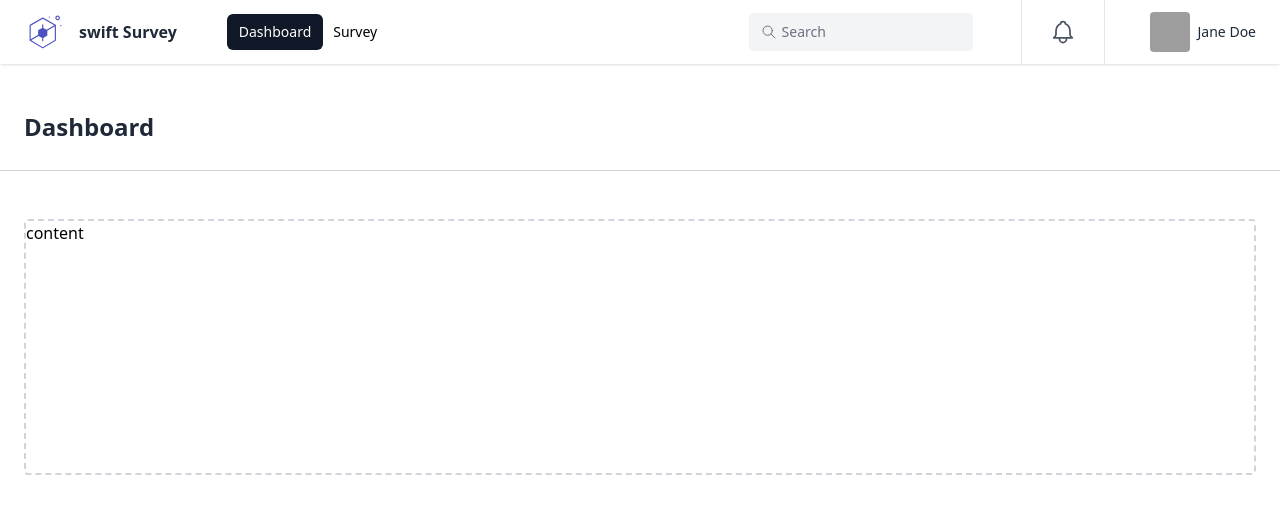
Repository: thomsontochi/swiftSurvey
Page: /dashboard (app in vue/)
The author's editor kept a copy of each file at every save. The page is drawn from the files as they stood at one save, then again after the next save.
The browser window is 1280 px wide. The pictures show the whole page.
Pictures or frames that could not be fetched are drawn as grey boxes. The project was rebuilt for these pictures with package versions that can differ from the ones it lists, and the page was loaded fresh each time. Also part of the build but not shown: vue/vite.config.js, vue/src/views/Login.vue, vue/src/views/Register.vue, vue/src/views/Surveys.vue, vue/src/components/AuthLayout.vue, vue/src/components/Pages/Welcome.vue.

Above is the page before, as saved 2022-07-17 18:15:20.

### vue/index.html
<!DOCTYPE html>
<html lang="en">

<head>
    <meta charset="UTF-8" />
    <link rel="icon" href="/favicon.ico" />
    <meta name="viewport" content="width=device-width, initial-scale=1.0" />
    <title>swift Survey</title>
</head>

<body>
    <div id="app"></div>
    <script type="module" src="/src/main.js"></script>
</body>

</html>

### vue/src/main.js
import { createApp } from 'vue'
import App from './App.vue'
import store from './store'
import './index.css'
import router from './router'

createApp(App)
    .use(router)
    .use(store)
    .mount('#app')

### vue/src/App.vue
<script setup>

</script>

<template>

  <router-view></router-view>

</template>

### vue/src/store/index.js
import { createStore } from "vuex";

const store = createStore ({

    state: {
        user: {
            data: {},
            token: 123,
          }
    },
    getters:{},
    actions:{},
    mutations:{},
    modules:{}
})

export default store;

### vue/src/index.css
@tailwind base;
@tailwind components;
@tailwind utilities;
a.router-link-active.router-link-exact-active {
    margin: 10px;
    background-color: rgb(17 24 39 / var(--tw-bg-opacity));
    color: rgb(255 255 255 / var(--tw-text-opacity));
    --tw-text-opacity: 1;
    font-weight: 500;
    font-size: 0.875rem;
    line-height: 1.25rem;
    padding-top: 0.5rem;
    padding-right: 0.75rem;
    padding-bottom: 0.5rem;
    padding-left: 0.75rem;
    border-radius: 0.375rem;
}

### vue/src/router/index.js
import { createRouter, createWebHistory } from "vue-router";
import Login from '../views/Login.vue'
import Register from '../views/Register.vue'
import Dashboard from "../views/Dashboard.vue"
import DefaultLayout from "../components/DefaultLayout.vue"
import Surveys from "../views/Surveys.vue"
import AuthLayout from "../components/AuthLayout.vue"
import Welcome from "../components/Pages/Welcome.vue"
import store from "../store"




const routes = [
    {
      path: "/",
      name: Welcome,
      component: Welcome
    },
    {
        path: "/dashboard",
        redirect: "/dashboard",
        component: DefaultLayout,
        meta: {requiresAuth: true},
        children: [
          { path: "/dashboard", name: "Dashboard", component: Dashboard },
          { path: "/survey", name: "Surveys", component: Surveys },
        ],
    },
    {
        path:"/auth",
        redirect: "/login",
        name:"Auth",
        component: AuthLayout,
        meta: {isGuest: true},
        children: [

            {
                path: '/login',
                name: 'Login',
                component: Login
            },
            {
                path: '/register',
                name: 'Register',
                component: Register
            }

        ]

    },


];

const router = createRouter ({
    history: createWebHistory(),
    routes
})

router.beforeEach((to, from, next) => {
    if (to.meta.requiresAuth && !store.state.user.token) {
      next({ name: "Login" });
    } else if (store.state.user.token && to.meta.isGuest) {
      next({ name: "Dashboard" });
    } else {
      next();
    }
  });

export default router;

### vue/src/views/Dashboard.vue
<template>

     <!-- Page title starts -->

        <div class="  my-6 lg:my-12 container px-6 mx-auto flex flex-col lg:flex-row items-start lg:items-center justify-between pb-4 border-b border-gray-300">
            <div>
                <h4 class="text-2xl font-bold leading-tight text-gray-800">Dashboard</h4>

                <ul class="flex flex-col md:flex-row items-start md:items-center text-gray-600 text-sm mt-3"> </ul>
            </div>
            <!-- <div class="mt-6 lg:mt-0">
                <button class="mx-2 my-2 bg-white transition duration-150 ease-in-out focus:outline-none hover:bg-gray-100 rounded text-indigo-700 px-6 py-2 text-sm">Back</button>
                <button class="transition duration-150 ease-in-out hover:bg-indigo-600 focus:outline-none border bg-indigo-700 rounded text-white px-8 py-2 text-sm">Edit Profile</button>
            </div> -->
        </div>
        <!-- Page title ends -->


        <div class="container mx-auto px-6">
            <!-- Remove class [ h-64 ] when adding a card block -->
            <!-- Remove class [ border-dashed border-2 border-gray-300 ] to remove dotted border -->
            <div class="w-full h-64 rounded border-dashed border-2 border-gray-300">
                <!-- Place your content here -->
                <h1>content</h1>
            </div>
        </div>


</template>

<!-- <script>
export default {
    name: "LightWithGreyBackground",
    data() {
        return {
            xmlns: "http://www.w3.org/2000/svg",
            xlink: "http://www.w3.org/1999/xlink",
            profilePhoto: "https://tuk-cdn.s3.amazonaws.com/assets/components/boxed_layout/bl_1.png",
        };
    },
    methods: {
        dropdownHandler(event) {
            let single = event.currentTarget.getElementsByTagName("ul")[0];
            single.classList.toggle("hidden");
        },
        MenuHandler(el, val) {
            let MainList = el.currentTarget.parentElement.getElementsByTagName("ul")[0];
            let closeIcon = el.currentTarget.parentElement.getElementsByClassName("close-m-menu")[0];
            let showIcon = el.currentTarget.parentElement.getElementsByClassName("show-m-menu")[0];
            if (val) {
                MainList.classList.remove("hidden");
                el.currentTarget.classList.add("hidden");
                closeIcon.classList.remove("hidden");
            } else {
                showIcon.classList.remove("hidden");
                MainList.classList.add("hidden");
                el.currentTarget.classList.add("hidden");
            }
        },
    },
};
</script> -->

### vue/src/components/DefaultLayout.vue
<template>
    <div class="">
        <!-- Navigation starts -->
        <nav class="w-full mx-auto bg-white shadow">
            <div class="container px-6 justify-between h-16 flex items-center lg:items-stretch mx-auto">
                <div class="h-full flex items-center">
                    <div class="mr-10 flex items-center">
                        <svg aria-label="Home" id="logo" enable-background="new 0 0 300 300" height="44" viewBox="0 0 300 300" width="43" v-bind:xmlns="xmlns" :xmlns:xlink="xlink">
                            <g>
                                <path
                                    fill="#4c51bf"
                                    d="m234.735 35.532c-8.822 0-16 7.178-16 16s7.178 16 16 16 16-7.178 16-16-7.178-16-16-16zm0 24c-4.412 0-8-3.588-8-8s3.588-8 8-8 8 3.588 8 8-3.588 8-8 8zm-62.529-14c0-2.502 2.028-4.53 4.53-4.53s4.53 2.028 4.53 4.53c0 2.501-2.028 4.529-4.53 4.529s-4.53-2.027-4.53-4.529zm89.059 60c0 2.501-2.028 4.529-4.53 4.529s-4.53-2.028-4.53-4.529c0-2.502 2.028-4.53 4.53-4.53s4.53 2.029 4.53 4.53zm-40.522-5.459-88-51.064c-1.242-.723-2.773-.723-4.016 0l-88 51.064c-1.232.715-1.992 2.033-1.992 3.459v104c0 1.404.736 2.705 1.938 3.428l88 52.936c.635.381 1.35.572 2.062.572s1.428-.191 2.062-.572l88-52.936c1.201-.723 1.938-2.023 1.938-3.428v-104c0-1.426-.76-2.744-1.992-3.459zm-90.008-42.98 80.085 46.47-52.95 31.289-23.135-13.607v-21.713c0-2.209-1.791-4-4-4s-4 1.791-4 4v21.713l-26.027 15.309c-1.223.719-1.973 2.029-1.973 3.447v29.795l-52 30.727v-94.688zm0 198.707-80.189-48.237 51.467-30.412 24.723 14.539v19.842c0 2.209 1.791 4 4 4s4-1.791 4-4v-19.842l26.027-15.307c1.223-.719 1.973-2.029 1.973-3.447v-31.667l52-30.728v94.729z"
                                />
                            </g>
                        </svg>
                        <router-link :to="{path: '/' }" class="text-base text-gray-800 font-bold tracking-normal leading-tight ml-3 hidden lg:block">swift Survey</router-link>
                    </div>

                    <ul class="pr-12 xl:flex items-center h-full hidden">
                        <li class="hover:text-indigo-700 cursor-pointer h-full flex items-center text-sm  tracking-normal">
                         <router-link :to="{path: '/dashboard'}" > Dashboard </router-link>
                        </li>

                         <li class="hover:text-indigo-700 cursor-pointer h-full flex items-center text-sm  tracking-normal">
                         <router-link :to="{path: '/survey'}"> Survey </router-link>
                        </li>
                        <!-- <li class="hover:text-indigo-700 cursor-pointer h-full flex items-center text-sm text-gry-800 mx-10 tracking-normal">
                         <router-link
                            v-for="item in navigation"
                            :key="item.name"
                            :to="item.to"
                            active-class="bg-gray-900 text-white"
                            :class="[ this.$route.name === item.to.name ? '' : ' hover:bg-gray-700 hover:text-white', 'px-3 py-2 rounded-md text-sm font-medium']">
                            {{item.name}}
                        </router-link>
                        </li> -->

                    </ul>
                </div>

                <div class="h-full xl:flex items-center justify-end hidden">
                    <div class="w-full h-full flex items-center">
                        <div class="w-full pr-12 h-full flex items-center border-r">
                            <div class="relative w-full">
                                <div class="text-gray-500 absolute ml-3 inset-0 m-auto w-4 h-4">
                                    <svg v-bind:xmlns="xmlns" class="icon icon-tabler icon-tabler-search" width="16" height="16" viewBox="0 0 24 24" stroke-width="1.5" stroke="currentColor" fill="none" stroke-linecap="round" stroke-linejoin="round">
                                        <path stroke="none" d="M0 0h24v24H0z" />
                                        <circle cx="10" cy="10" r="7" />
                                        <line x1="21" y1="21" x2="15" y2="15" />
                                    </svg>
                                </div>
                                <input class="border border-gray-100 focus:outline-none focus:border-indigo-700 w-56 rounded text-sm text-gray-500 bg-gray-100 pl-8 py-2" type="text" placeholder="Search" />
                            </div>
                        </div>
                        <div class="w-full h-full flex">
                            <div class="w-32 h-full flex items-center justify-center border-r cursor-pointer text-gray-600">
                                <svg v-bind:xmlns="xmlns" class="icon icon-tabler icon-tabler-bell" width="28" height="28" viewBox="0 0 24 24" stroke-width="1.5" stroke="currentColor" fill="none" stroke-linecap="round" stroke-linejoin="round">
                                    <path stroke="none" d="M0 0h24v24H0z" />
                                    <path d="M10 5a2 2 0 0 1 4 0a7 7 0 0 1 4 6v3a4 4 0 0 0 2 3h-16a4 4 0 0 0 2 -3v-3a7 7 0 0 1 4 -6" />
                                    <path d="M9 17v1a3 3 0 0 0 6 0v-1" />
                                </svg>
                            </div>
                            <div aria-haspopup="true" class="cursor-pointer w-full flex items-center justify-end relative" @click="dropdownHandler($event)">
                                <ul class="p-2 w-40 border-r bg-white absolute rounded z-40 left-0 shadow mt-64 hidden">
                                    <li class="cursor-pointer text-gray-600 text-sm leading-3 tracking-normal py-2 hover:text-indigo-700 focus:text-indigo-700 focus:outline-none">
                                        <div class="flex items-center">
                                            <svg v-bind:xmlns="xmlns" class="icon icon-tabler icon-tabler-user" width="20" height="20" viewBox="0 0 24 24" stroke-width="1.5" stroke="currentColor" fill="none" stroke-linecap="round" stroke-linejoin="round">
                                                <path stroke="none" d="M0 0h24v24H0z" />
                                                <circle cx="12" cy="7" r="4" />
                                                <path d="M6 21v-2a4 4 0 0 1 4 -4h4a4 4 0 0 1 4 4v2" />
                                            </svg>
                                            <span class="ml-2"> My Profile </span>
                                        </div>
                                    </li>
                                    <li class="cursor-pointer text-gray-600 text-sm leading-3 tracking-normal mt-2 py-2 hover:text-indigo-700 focus:text-indigo-700 focus:outline-none flex items-center">
                                        <svg v-bind:xmlns="xmlns" class="icon icon-tabler icon-tabler-help" width="20" height="20" viewBox="0 0 24 24" stroke-width="1.5" stroke="currentColor" fill="none" stroke-linecap="round" stroke-linejoin="round">
                                            <path stroke="none" d="M0 0h24v24H0z" />
                                            <circle cx="12" cy="12" r="9" />
                                            <line x1="12" y1="17" x2="12" y2="17.01" />
                                            <path d="M12 13.5a1.5 1.5 0 0 1 1 -1.5a2.6 2.6 0 1 0 -3 -4" />
                                        </svg>
                                        <span class="ml-2">Help Center</span>
                                    </li>
                                    <li class="cursor-pointer text-gray-600 text-sm leading-3 tracking-normal mt-2 py-2 hover:text-indigo-700 flex items-center focus:text-indigo-700 focus:outline-none">
                                        <svg v-bind:xmlns="xmlns" class="icon icon-tabler icon-tabler-settings" width="20" height="20" viewBox="0 0 24 24" stroke-width="1.5" stroke="currentColor" fill="none" stroke-linecap="round" stroke-linejoin="round">
                                            <path stroke="none" d="M0 0h24v24H0z" />
                                            <path d="M10.325 4.317c.426-1.756 2.924-1.756 3.35 0a1.724 1.724 0 0 0 2.573 1.066c1.543-.94 3.31.826 2.37 2.37a1.724 1.724 0 0 0 1.065 2.572c1.756.426 1.756 2.924 0 3.35a1.724 1.724 0 0 0 -1.066 2.573c.94 1.543-.826 3.31-2.37 2.37a1.724 1.724 0 0 0 -2.572 1.065c-.426 1.756-2.924 1.756-3.35 0a1.724 1.724 0 0 0 -2.573 -1.066c-1.543.94-3.31-.826-2.37-2.37a1.724 1.724 0 0 0 -1.065 -2.572c-1.756-.426-1.756-2.924 0-3.35a1.724 1.724 0 0 0 1.066 -2.573c-.94-1.543.826-3.31 2.37-2.37.996.608 2.296.07 2.572-1.065z" />
                                            <circle cx="12" cy="12" r="3" />
                                        </svg>
                                        <span class="ml-2">Account Settings</span>
                                    </li>
                                </ul>
                                <img class="rounded h-10 w-10 object-cover" v-bind:src="profilePhoto" alt="logo" />
                                <p class="text-gray-800 text-sm ml-2">Jane Doe</p>
                            </div>
                        </div>
                    </div>
                </div>

                <div class="visible xl:hidden flex items-center">
                    <ul class="z-40 p-2 border-r bg-white absolute rounded top-0 left-0 right-0 shadow mt-16 md:mt-16 hidden">
                        <li class="flex xl:hidden cursor-pointer text-gray-600 text-base leading-3 tracking-normal mt-2 py-3 hover:text-indigo-700 focus:text-indigo-700 focus:outline-none">
                            <div class="flex items-center">
                                <span class="leading-6 ml-2 font-bold"> Dashboard </span>
                            </div>
                        </li>
                        <li class="xl:hidden flex-col cursor-pointer text-gray-600 text-base leading-3 tracking-normal py-3 hover:text-indigo-700 focus:text-indigo-700 focus:outline-none flex justify-center" @click="dropdownHandler($event)">
                            <div class="flex items-center">
                                <span class="leading-6 ml-2 font-bold"> Products </span>
                            </div>
                            <ul class="ml-2 mt-3 hidden">
                                <li class="cursor-pointer text-gray-600 text-sm leading-3 tracking-normal py-3 hover:bg-indigo-700 hover:text-white px-3 font-normal">Landing Pages</li>
                                <li class="cursor-pointer text-gray-600 text-sm leading-3 tracking-normal py-3 hover:bg-indigo-700 hover:text-white px-3 font-normal">Templates</li>
                                <li class="cursor-pointer text-gray-600 text-sm leading-3 tracking-normal py-3 hover:bg-indigo-700 hover:text-white px-3 font-normal">Components</li>
                            </ul>
                        </li>
                        <li class="xl:hidden cursor-pointer text-gray-600 text-base leading-3 tracking-normal py-3 hover:text-indigo-700 flex items-center focus:text-indigo-700 focus:outline-none">
                            <span class="leading-6 ml-2 font-bold">Performance</span>
                        </li>
                        <li class="xl:hidden flex-col cursor-pointer text-gray-600 text-base leading-3 tracking-normal mb-2 py-3 hover:text-indigo-700 focus:text-indigo-700 focus:outline-none flex justify-center" @click="dropdownHandler($event)">
                            <div class="flex items-center">
                                <span class="leading-6 ml-2 font-bold"> Deliverables </span>
                            </div>
                            <ul class="ml-2 mt-3 hidden">
                                <li class="cursor-pointer text-gray-600 text-sm leading-3 tracking-normal py-3 hover:bg-indigo-700 hover:text-white px-3 font-normal">Landing Pages</li>
                                <li class="cursor-pointer text-gray-600 text-sm leading-3 tracking-normal py-3 hover:bg-indigo-700 hover:text-white px-3 font-normal">Templates</li>
                                <li class="cursor-pointer text-gray-600 text-sm leading-3 tracking-normal py-3 hover:bg-indigo-700 hover:text-white px-3 font-normal">Components</li>
                            </ul>
                        </li>
                        <li>
                            <hr class="border-b border-gray-300 w-full" />
                        </li>
                        <li class="ml-2 cursor-pointer text-gray-600 text-sm leading-3 tracking-normal mt-2 py-2 hover:text-indigo-700 flex items-center focus:text-indigo-700 focus:outline-none">
                            <div class="flex items-center">
                                <div class="w-12 cursor-pointer flex text-sm border-2 border-transparent rounded focus:outline-none focus:border-white transition duration-150 ease-in-out">
                                    <img class="rounded h-10 w-10 object-cover" v-bind:src="profilePhoto" alt="logo" />
                                </div>
                                <p class="leading-6 text-base ml-1 cursor-pointer">Jane Doe</p>
                                <div class="sm:ml-2 text-white relative">
                                    <svg v-bind:xmlns="xmlns" class="icon icon-tabler icon-tabler-chevron-down cursor-pointer" width="20" height="20" viewBox="0 0 24 24" stroke-width="1.5" stroke="currentColor" fill="none" stroke-linecap="round" stroke-linejoin="round">
                                        <path stroke="none" d="M0 0h24v24H0z"></path>
                                        <polyline points="6 9 12 15 18 9"></polyline>
                                    </svg>
                                </div>
                            </div>
                        </li>
                        <li class="ml-2 cursor-pointer text-gray-600 text-base leading-3 tracking-normal py-2 hover:text-indigo-700 focus:text-indigo-700 focus:outline-none">
                            <div class="flex items-center">
                                <svg v-bind:xmlns="xmlns" class="icon icon-tabler icon-tabler-user" width="24" height="24" viewBox="0 0 24 24" stroke-width="1.5" stroke="currentColor" fill="none" stroke-linecap="round" stroke-linejoin="round">
                                    <path stroke="none" d="M0 0h24v24H0z" />
                                    <circle cx="12" cy="7" r="4" />
                                    <path d="M6 21v-2a4 4 0 0 1 4 -4h4a4 4 0 0 1 4 4v2" />
                                </svg>
                                <span class="leading-6 ml-2">Profile</span>
                            </div>
                        </li>
                    </ul>

                    <svg @click="MenuHandler($event, true)" aria-haspopup="true" aria-label="Main Menu" v-bind:xmlns="xmlns" class="show-m-menu icon icon-tabler icon-tabler-menu" width="28" height="28" viewBox="0 0 24 24" stroke-width="1.5" stroke="#000" fill="none" stroke-linecap="round" stroke-linejoin="round">
                        <path stroke="none" d="M0 0h24v24H0z"></path>
                        <line x1="4" y1="8" x2="20" y2="8"></line>
                        <line x1="4" y1="16" x2="20" y2="16"></line>
                    </svg>
                    <div class="hidden close-m-menu" @click="MenuHandler($event, false)">
                        <svg aria-label="Close" v-bind:xmlns="xmlns" width="24" height="24" viewBox="0 0 24 24" stroke-width="1.5" stroke="#000" fill="none" stroke-linecap="round" stroke-linejoin="round">
                            <path stroke="none" d="M0 0h24v24H0z" />
                            <line x1="18" y1="6" x2="6" y2="18" />
                            <line x1="6" y1="6" x2="18" y2="18" />
                        </svg>
                    </div>
                </div>
            </div>
        </nav>
        <!-- Navigation ends -->

        <router-view></router-view>

    </div>
</template>

<script>


    const navigation = [
        { name: "Dashboard", to: { path: "/Dashboard" } },
        { name: "surveys", to: { path: "/Surveys" } }
        ];

export default {
    name: "LightWithGreyBackground",
    data() {
        return {
            xmlns: "http://www.w3.org/2000/svg",
            xlink: "http://www.w3.org/1999/xlink",
            profilePhoto: "https://tuk-cdn.s3.amazonaws.com/assets/components/boxed_layout/bl_1.png",
        };
    },


    methods: {
        dropdownHandler(event) {
            let single = event.currentTarget.getElementsByTagName("ul")[0];
            single.classList.toggle("hidden");
        },
        MenuHandler(el, val) {
            let MainList = el.currentTarget.parentElement.getElementsByTagName("ul")[0];
            let closeIcon = el.currentTarget.parentElement.getElementsByClassName("close-m-menu")[0];
            let showIcon = el.currentTarget.parentElement.getElementsByClassName("show-m-menu")[0];
            if (val) {
                MainList.classList.remove("hidden");
                el.currentTarget.classList.add("hidden");
                closeIcon.classList.remove("hidden");
            } else {
                showIcon.classList.remove("hidden");
                MainList.classList.add("hidden");
                el.currentTarget.classList.add("hidden");
            }
        },

    },

    setup() {

        return {

          navigation,

        };


    }











};


</script>

### vue/tailwind.config.js
/** @type {import('tailwindcss').Config} */
module.exports = {
  content: [
    "./index.html",
    "./src/**/*.{vue,js,ts,jsx,tsx}",
  ],
  theme: {
    extend: {},
  },
  plugins: [require("@tailwindcss/forms")],
}

After the next save:
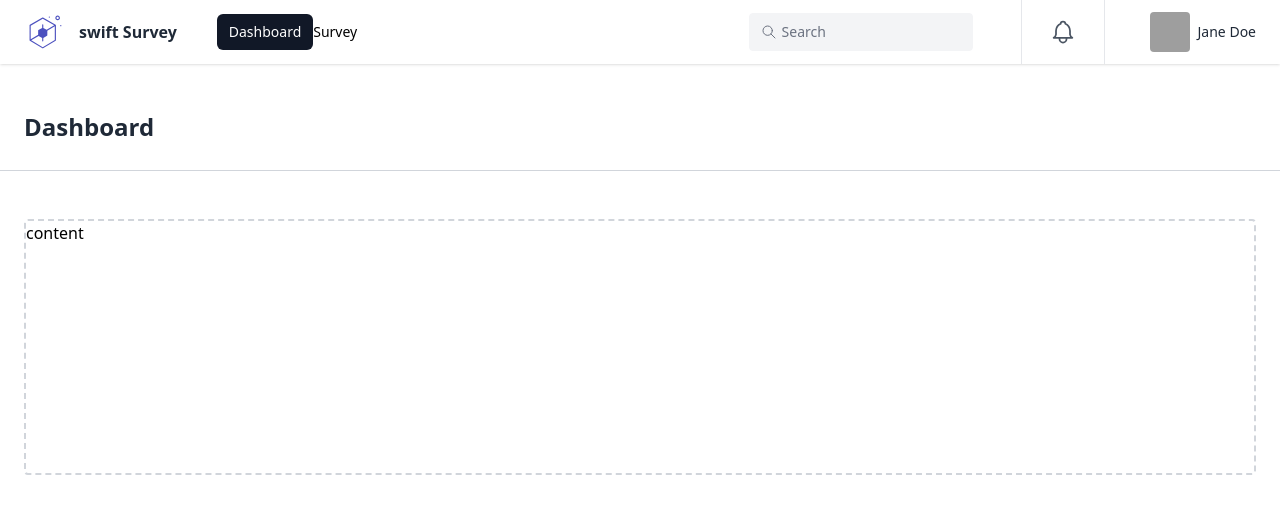
Saved 6 min 43 s later.
--- a/vue/src/index.css
+++ b/vue/src/index.css
@@ -2,7 +2,7 @@
 @tailwind components;
 @tailwind utilities;
 a.router-link-active.router-link-exact-active {
-    margin: 10px;
+    margin: 10px 0px;
     background-color: rgb(17 24 39 / var(--tw-bg-opacity));
     color: rgb(255 255 255 / var(--tw-text-opacity));
     --tw-text-opacity: 1;

After the 2 saves that followed:
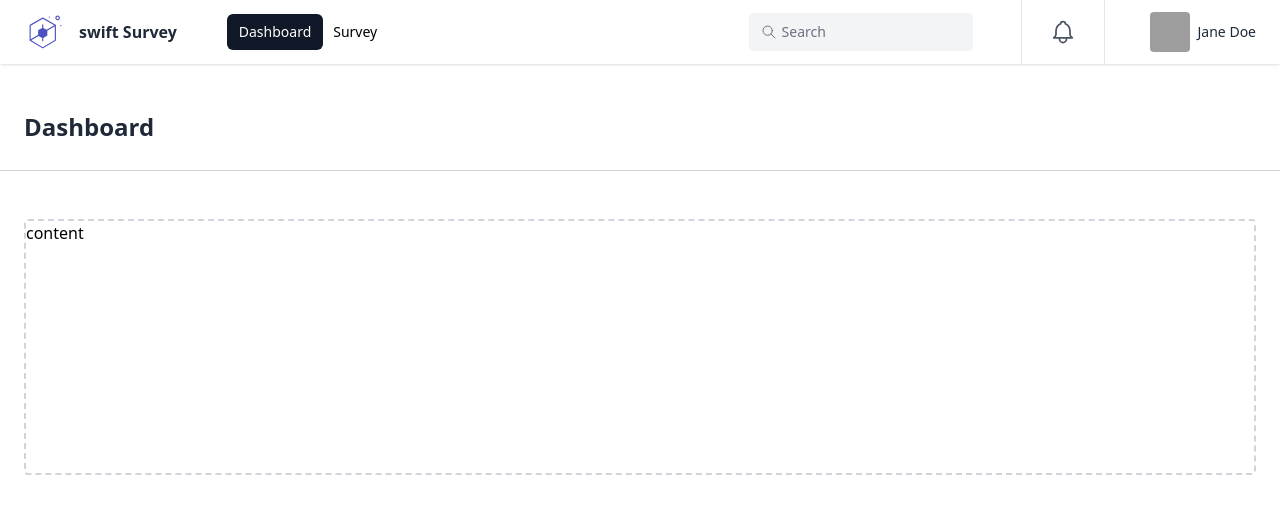
The 2 saves are shown as one change because 1 left the picture as it was.
The last was saved 44 s later.
--- a/vue/src/index.css
+++ b/vue/src/index.css
@@ -2,7 +2,7 @@
 @tailwind components;
 @tailwind utilities;
 a.router-link-active.router-link-exact-active {
-    margin: 10px 0px;
+    margin: 10px;
     background-color: rgb(17 24 39 / var(--tw-bg-opacity));
     color: rgb(255 255 255 / var(--tw-text-opacity));
     --tw-text-opacity: 1;
